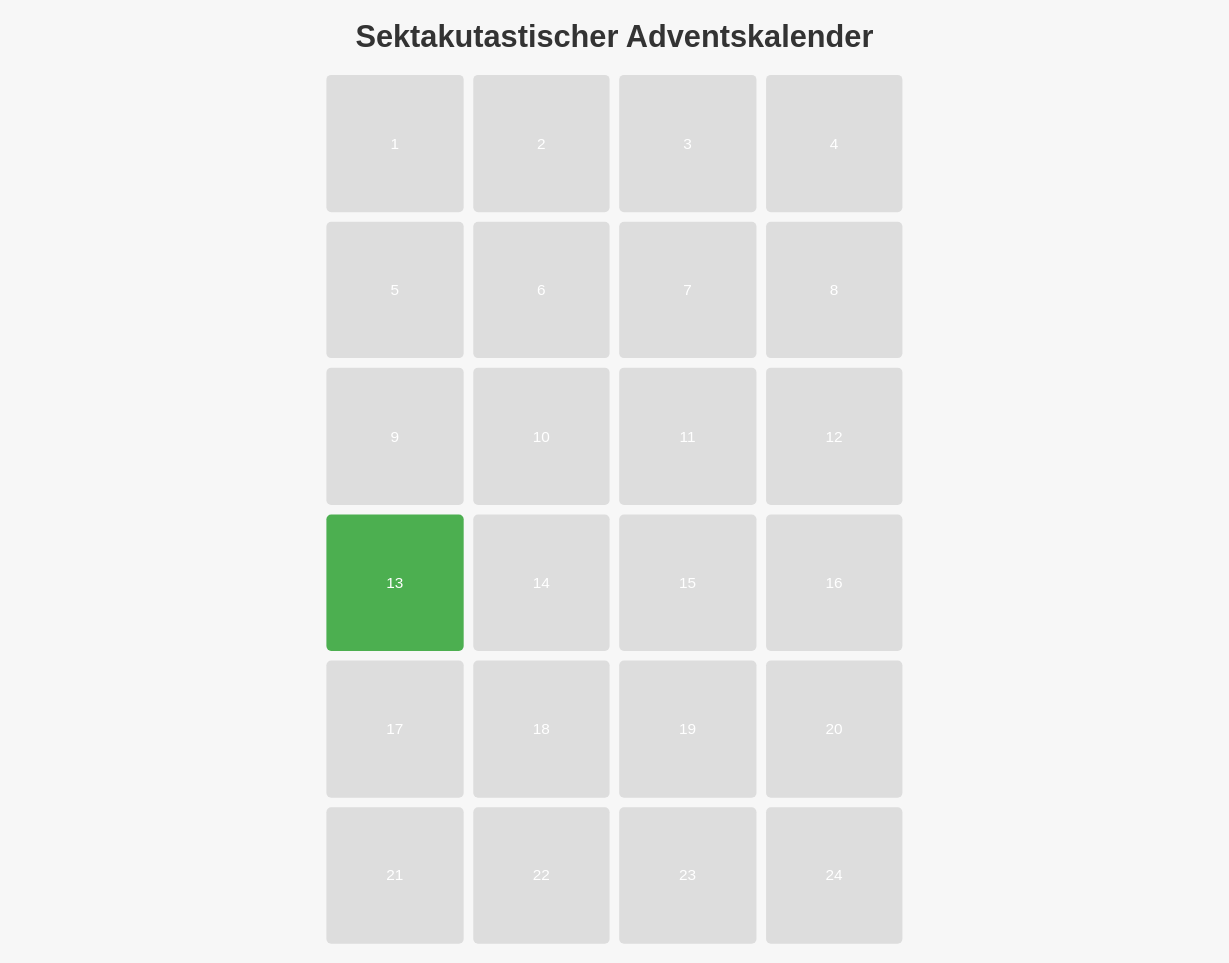
Repository: vickykey02/Adventskalender
Page: index.html
These files come from the project's save history. The page is drawn as it stood at one moment and after the next save; the edit follows.
The browser window is 1280 px wide. The pictures show the whole page, at 96% of full size.

Above is the page before, as saved 2024-11-27 00:24:11.

After the next save:
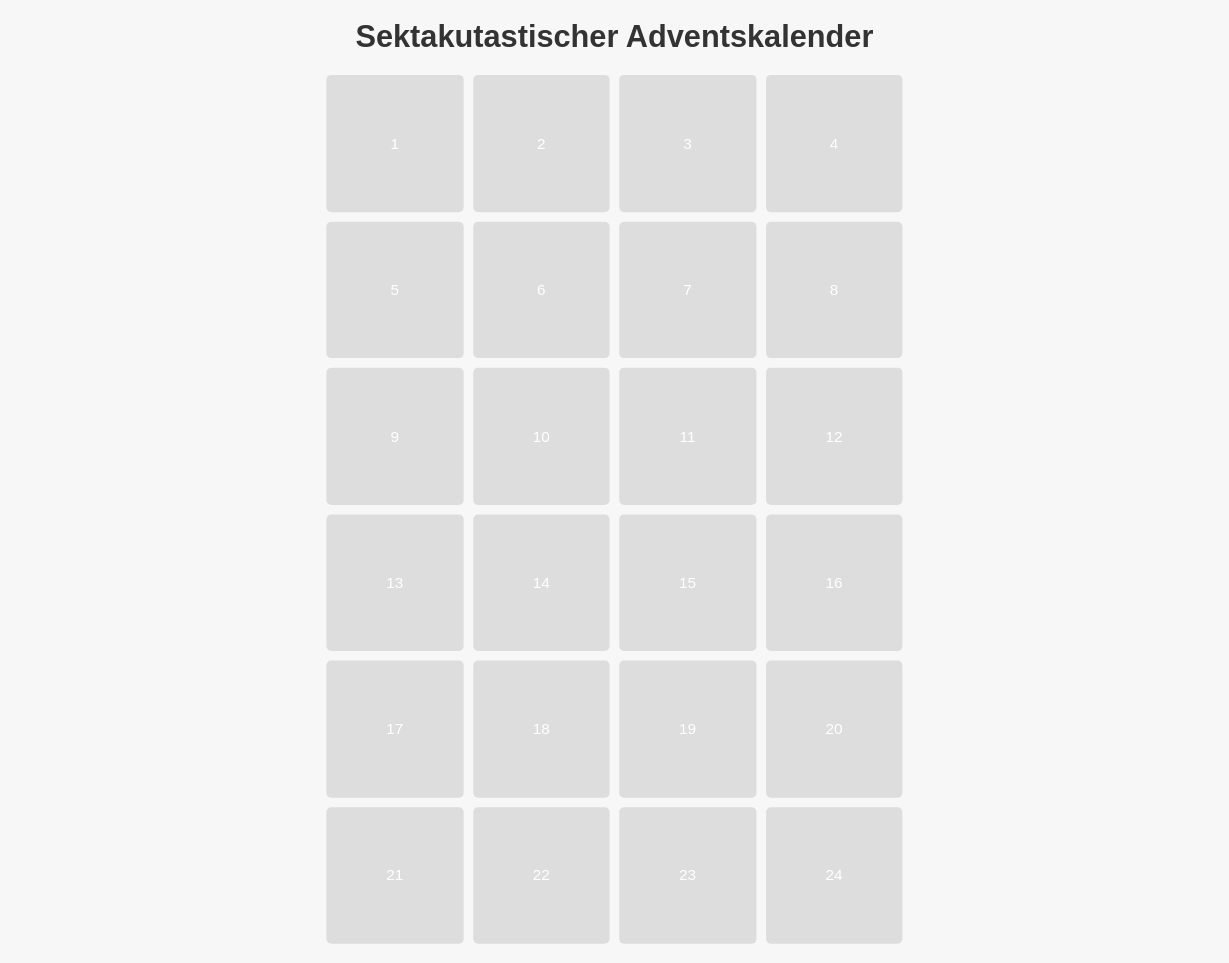
Saved 2 min 19 s later.
--- a/app.js
+++ b/app.js
@@ -4,8 +4,31 @@ const today = new Date().toISOString().split('T')[0]; // Heutiges Datum im Forma
 
 // Inhalte für die Tage
 const days = {
-    "2024-10-31": "C:/Users/vicky/Documents/Projekte/Adventskalender/assets/Tag1.png",
-    "2024-11-13": "C:/Users/vicky/Documents/Projekte/Adventskalender/assets/Tag14.png", //"path/to/image2.png",
+    "2024-11-30": "C:/Users/vicky/Documents/Projekte/Adventskalender/assets/Tag1.png",
+	"2024-12-01": "C:/Users/vicky/Documents/Projekte/Adventskalender/assets/Tag2.png",
+	"2024-12-02": "C:/Users/vicky/Documents/Projekte/Adventskalender/assets/Tag3.png",
+	"2024-12-03": "C:/Users/vicky/Documents/Projekte/Adventskalender/assets/Tag4.png",
+	"2024-12-04": "C:/Users/vicky/Documents/Projekte/Adventskalender/assets/Tag5.png",
+	"2024-12-05": "C:/Users/vicky/Documents/Projekte/Adventskalender/assets/Tag6.png",
+	"2024-12-06": "C:/Users/vicky/Documents/Projekte/Adventskalender/assets/Tag7.png",
+	"2024-12-07": "C:/Users/vicky/Documents/Projekte/Adventskalender/assets/Tag8.png",
+	"2024-12-08": "C:/Users/vicky/Documents/Projekte/Adventskalender/assets/Tag9.png",
+	"2024-12-09": "C:/Users/vicky/Documents/Projekte/Adventskalender/assets/Tag10.png",
+	"2024-12-10": "C:/Users/vicky/Documents/Projekte/Adventskalender/assets/Tag11.png",
+	"2024-12-11": "C:/Users/vicky/Documents/Projekte/Adventskalender/assets/Tag12.png",
+	"2024-12-12": "C:/Users/vicky/Documents/Projekte/Adventskalender/assets/Tag13.png",
+    "2024-12-13": "C:/Users/vicky/Documents/Projekte/Adventskalender/assets/Tag14.png",
+	"2024-12-14": "C:/Users/vicky/Documents/Projekte/Adventskalender/assets/Tag15.png",
+	"2024-12-15": "C:/Users/vicky/Documents/Projekte/Adventskalender/assets/Tag16.png",
+	"2024-12-16": "C:/Users/vicky/Documents/Projekte/Adventskalender/assets/Tag17.png",
+	"2024-12-17": "C:/Users/vicky/Documents/Projekte/Adventskalender/assets/Tag18.png",
+	"2024-12-18": "C:/Users/vicky/Documents/Projekte/Adventskalender/assets/Tag19.png",
+	"2024-12-19": "C:/Users/vicky/Documents/Projekte/Adventskalender/assets/Tag20.png",
+	"2024-12-20": "C:/Users/vicky/Documents/Projekte/Adventskalender/assets/Tag21.png",
+	"2024-12-21": "C:/Users/vicky/Documents/Projekte/Adventskalender/assets/Tag22.png",
+	"2024-12-22": "C:/Users/vicky/Documents/Projekte/Adventskalender/assets/Tag23.png",
+	"2024-12-23": "C:/Users/vicky/Documents/Projekte/Adventskalender/assets/Tag24.png",
+
 };
 
 // Funktion: Türchen anzeigen
